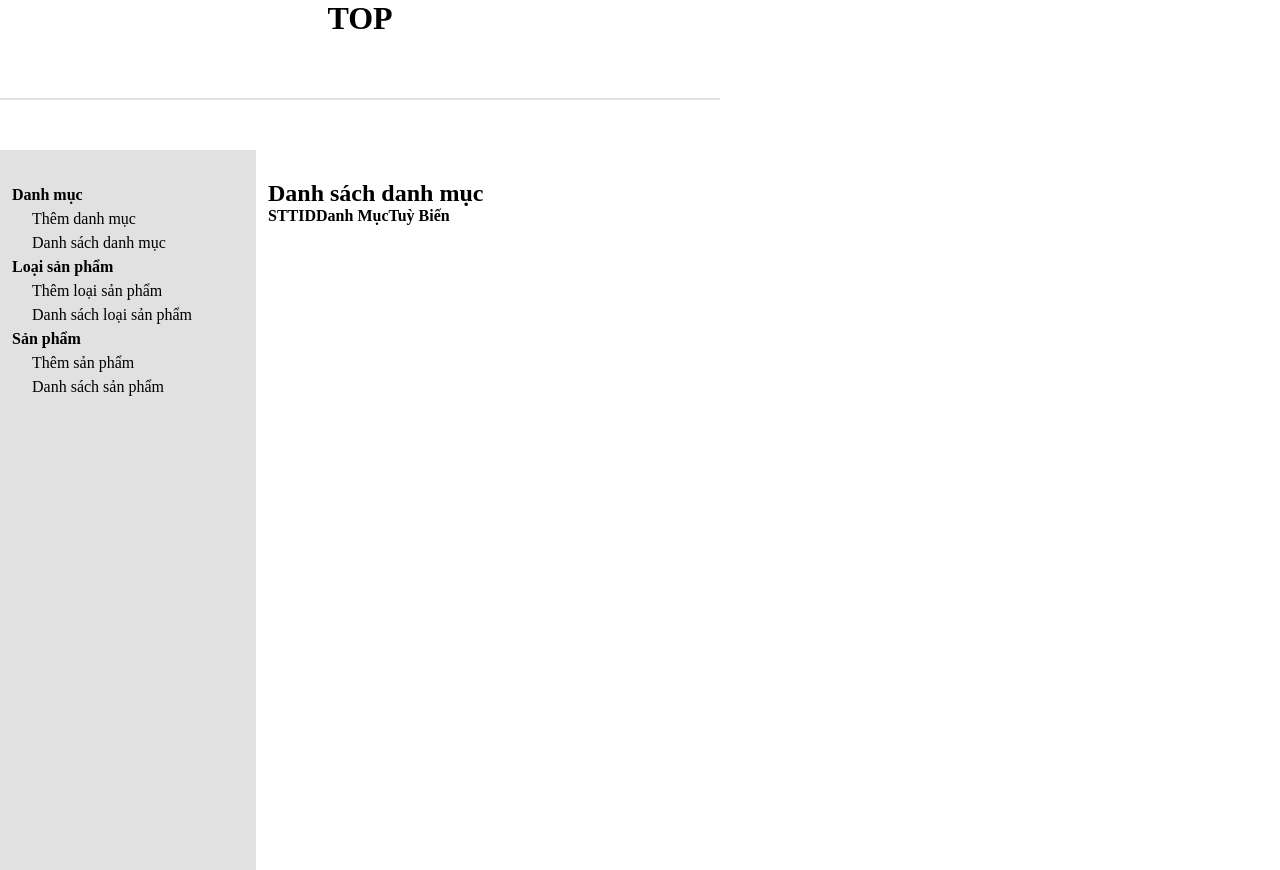
Repository: dinhvanbinh2310/ivy-moda
Page: http://localhost/Admin/cartegorylist.php
An editor plug-in stored every save of this project. The page is shown before and after the next save, followed by the edit.
The browser window is 1280 px wide. The pictures show the whole page.
The page is run by PHP 8.4 with error messages shown; the project is at /var/www/html/. Queries for data that is not in the repository find no rows.

Above is the page before, as saved 2022-07-05 20:59:14.

After the next save:
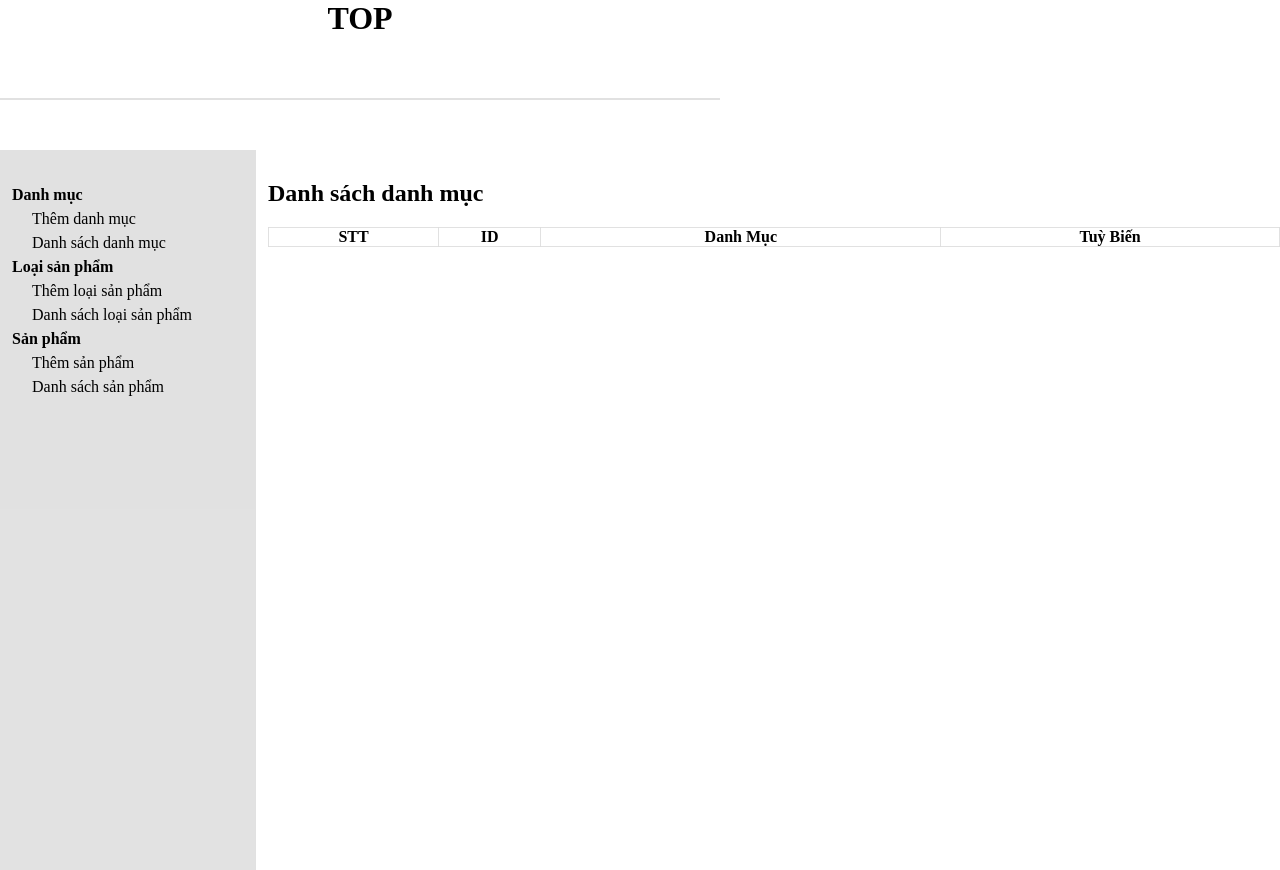
Saved 11 s later.
--- a/Admin/cartegorylist.php
+++ b/Admin/cartegorylist.php
@@ -9,7 +9,7 @@ $show_cartegory = $cartegory->show_cartegory();
 ?>
 
 <div class="admin-content-right">
-<div class="admin-content-right-cartegory-list">
+<div class="admin-content-right-cartegory_list">
           <h1>Danh sách danh mục </h1>
           <table>
             <tr>
